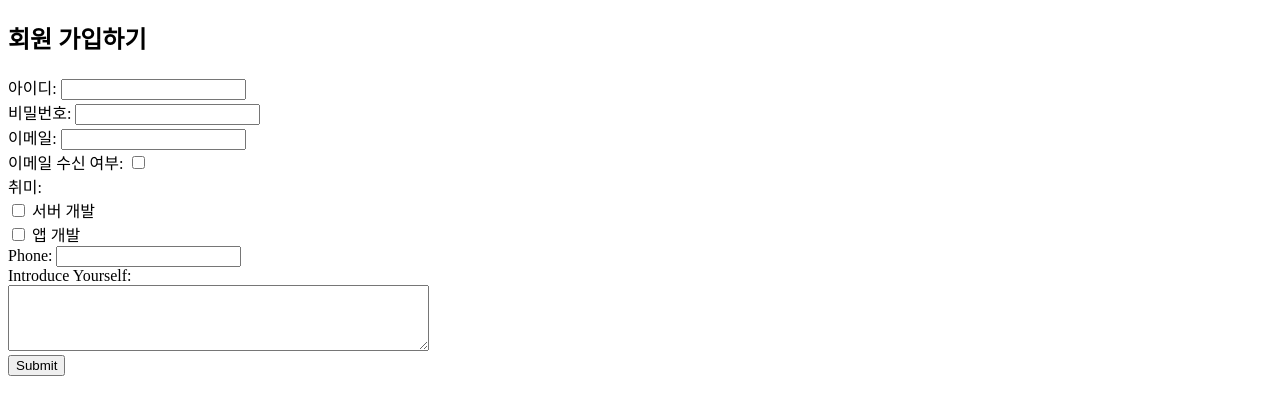
Repository: dnwpdud/WEB_CODES
Page: http://localhost/Web06_JSP_Servlet/ch21/register.jsp
An editor plug-in stored every save of this project. The page is shown before and after the next save, followed by the edit.
The browser window is 1280 px wide. The pictures show the whole page.
The page is served by Tomcat 9. Other server files are loaded and not shown.

Above is the page before, as saved 2024-04-03 05:02:23.

### Web06_JSP_Servlet/src/main/webapp/ch21/register.jsp
<%@ page language="java" contentType="text/html; charset=UTF-8"
    pageEncoding="UTF-8"%>
<!DOCTYPE html>
<html>
<head>
<meta charset="UTF-8">
<title>회원 가입</title>
</head>
<body>
	<h2>회원 가입하기</h2>
	<form action="../register.do" method="post">

	<label for="userid">아이디:</label>
    <input type="text" id="userid" name="userid" required><br>

    <label for="password">비밀번호:</label>
    <input type="password" id="password" name="password" required><br>

    <label for="email">이메일:</label>
    <input type="email" id="email" name="email" required><br>

    <label for="emailAgree">이메일 수신 여부:</label>
    <input type="checkbox" id="emailAgree" name="emailAgree" value="agree"><br>

    <label for="interest">취미:</label><br>
    <input type="checkbox" id="interest1" name="interest" value="서버개발">
    <label for="interest1">서버 개발</label><br>
    <input type="checkbox" id="interest2" name="interest" value="앱 개발">
    <label for="interest2">앱 개발</label><br>

    <!-- Add more interest checkboxes as needed -->

    <label for="phone">Phone:</label>
    <input type="tel" id="phone" name="phone"><br>

    <label for="introduce">Introduce Yourself:</label><br>
    <textarea id="introduce" name="introduce" rows="4" cols="50"></textarea><br>

    <input type="submit" value="Submit">

	</form>



</body>
</html>

After the next save:
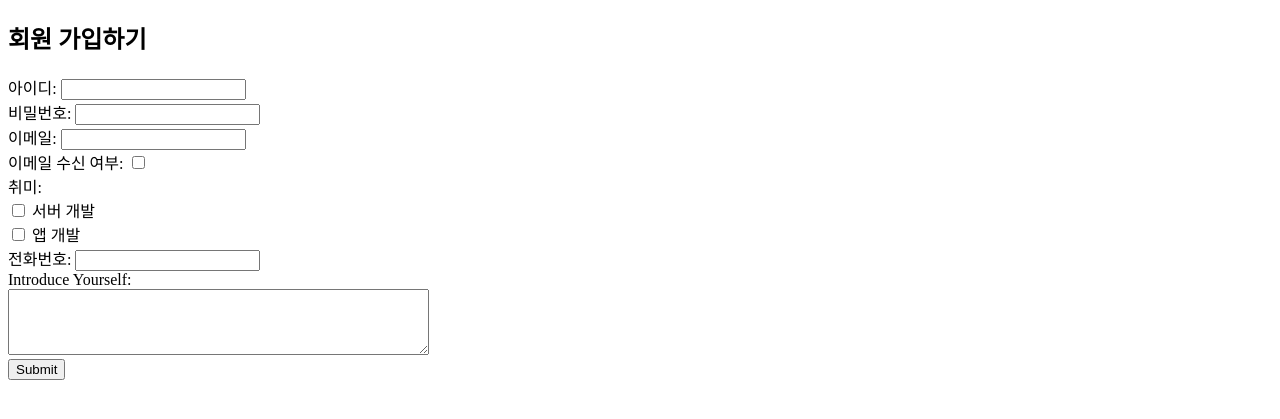
Saved 25 s later.
--- a/Web06_JSP_Servlet/src/main/webapp/ch21/register.jsp
+++ b/Web06_JSP_Servlet/src/main/webapp/ch21/register.jsp
@@ -30,7 +30,7 @@
 
     <!-- Add more interest checkboxes as needed -->
 
-    <label for="phone">Phone:</label>
+    <label for="phone">전화번호:</label>
     <input type="tel" id="phone" name="phone"><br>
 
     <label for="introduce">Introduce Yourself:</label><br>
